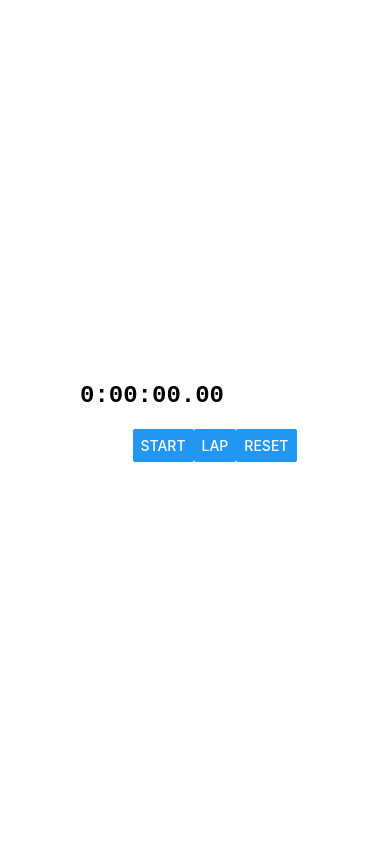
Repository: Shopify/eng-intern-assessment-react-native
Screen: /
These files come from the project's save history. The screen is drawn as it stood at one moment and after the next save; the edit follows.
The app was drawn by React Native's web renderer in a window 390 px wide. The project was rebuilt for these pictures with package versions that can differ from the ones it lists, and the page was loaded fresh each time.

Above is the screen before, as saved 2024-01-13 12:12:17.

After the next save:
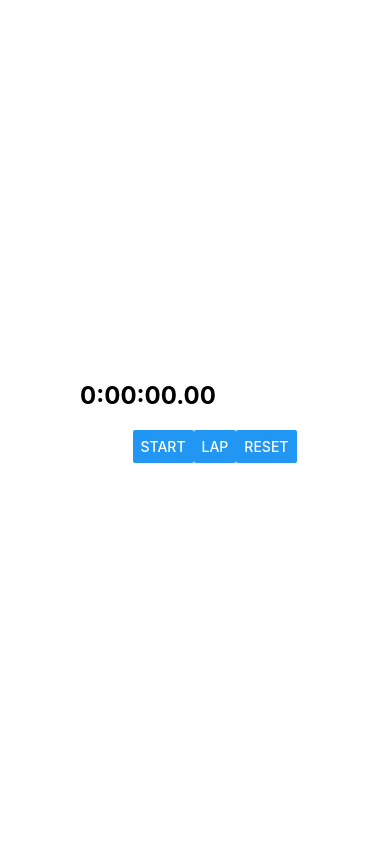
Saved 8 s later.
--- a/src/StopWatch.tsx
+++ b/src/StopWatch.tsx
@@ -73,7 +73,7 @@ const styles = StyleSheet.create({
   timerText: {
     fontSize: 24,
     fontWeight: 'bold',
-    fontFamily: 'monospace', // Monospace font for equal character width
+    // fontFamily: 'monospace', // Monospace font for equal character width
     textAlign: 'left', // Align text to the left
   },
   lapText: {
